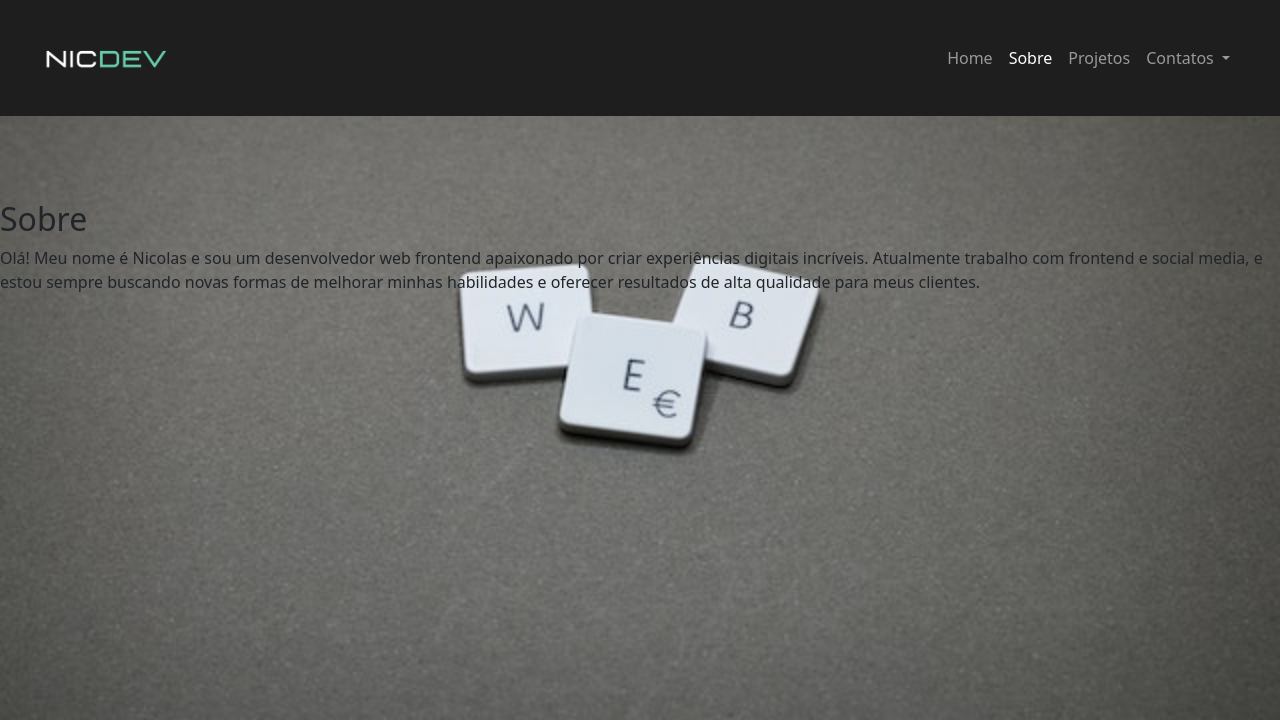
Repository: Leonngc/nicdev
Page: about.html
The author's editor kept a copy of each file at every save. The page is drawn from the files as they stood at one save, then again after the next save.
The browser window is 1280 px wide. The pictures show the whole page.
Some web libraries are served in a nearby version.

Above is the page before, as saved 2023-04-15 13:51:45.

After the next save:
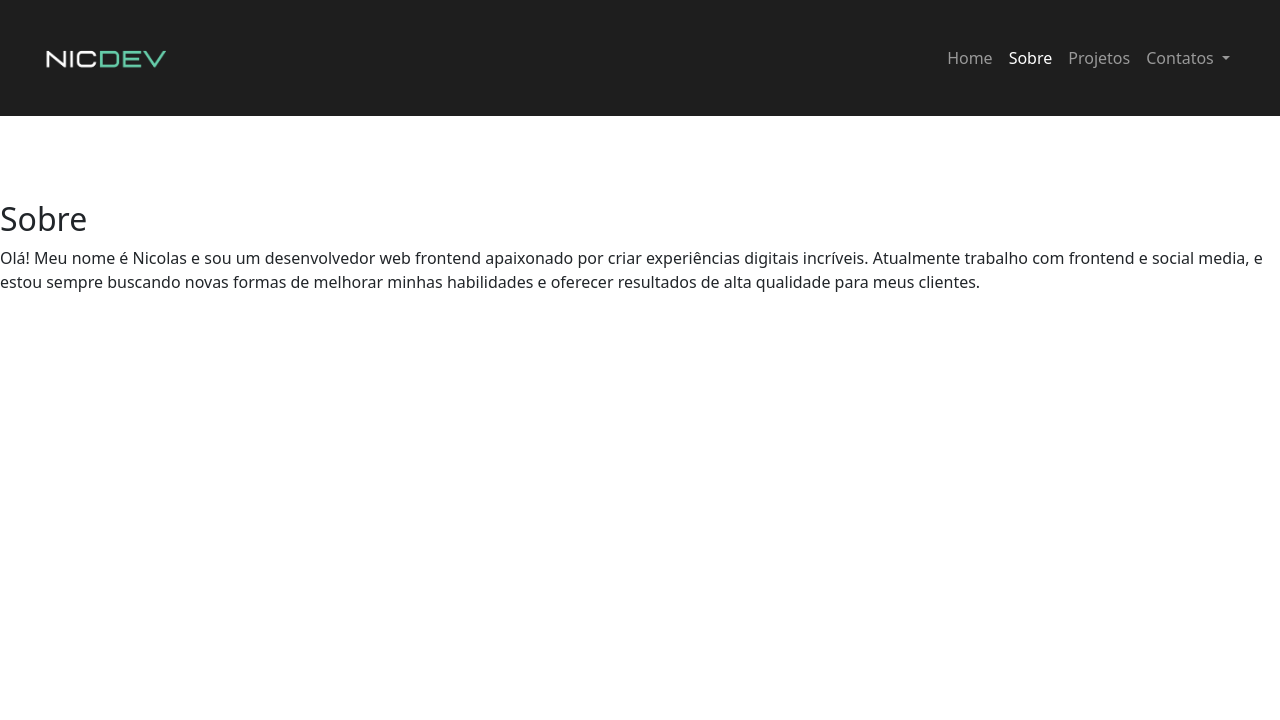
Saved 4 s later.
--- a/styles/about.css
+++ b/styles/about.css
@@ -20,8 +20,4 @@ main{
 body{
     max-width: 100vw;
     overflow-x: hidden;
-    background-image: url(../images/pexels-miguel-á-padriñán-1591060.jpg);
-    background-repeat: no-repeat;
-    background-attachment: fixed;
-    background-size: cover;
 }
